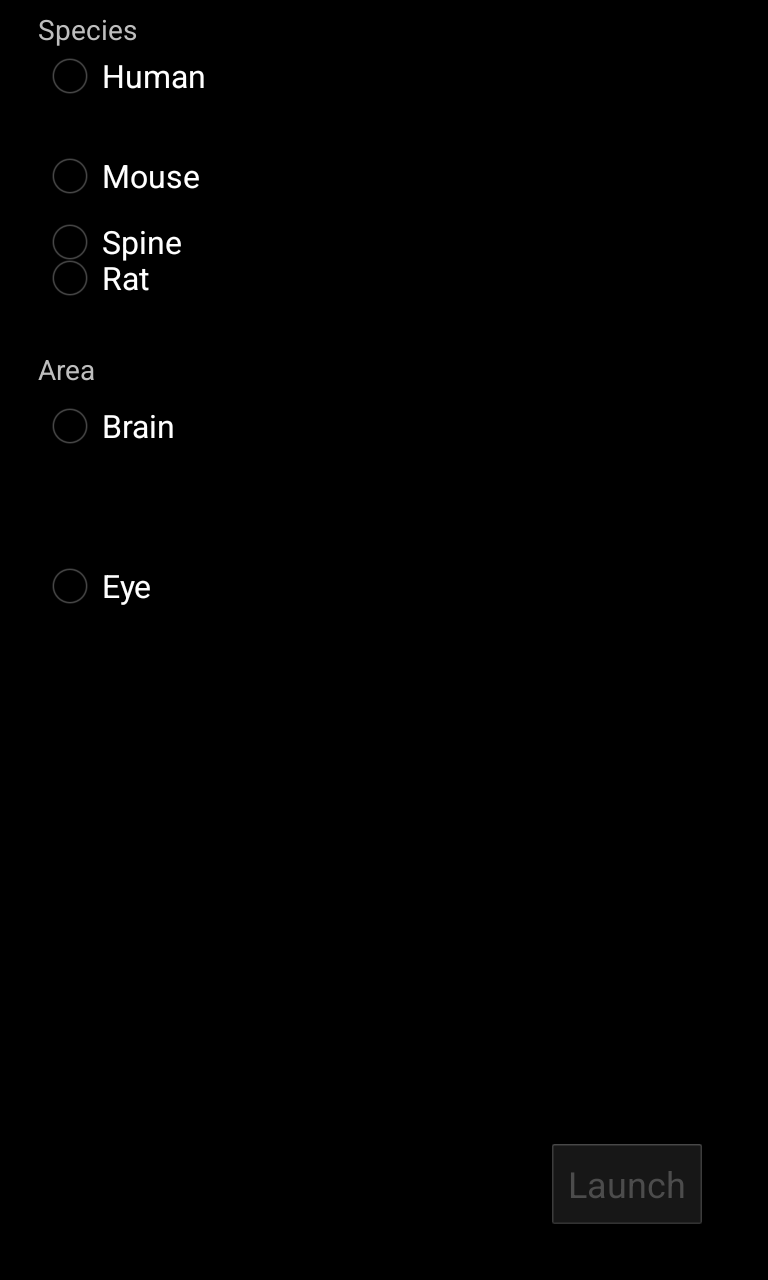
Repository: Ekarg/CSCE315Project3
Layout: Project3/res/layout/activity_main.xml
The author's editor kept a copy of each file at every save. The layout is drawn from the files as they stood at one save, then again after the next save.
It is drawn on a 768 x 1280 px phone screen (xhdpi) without system bars, with theme android:Theme.Holo; the app's code is not run.

Above is the layout before, as saved 2013-11-27 20:01:59.

After the next save:
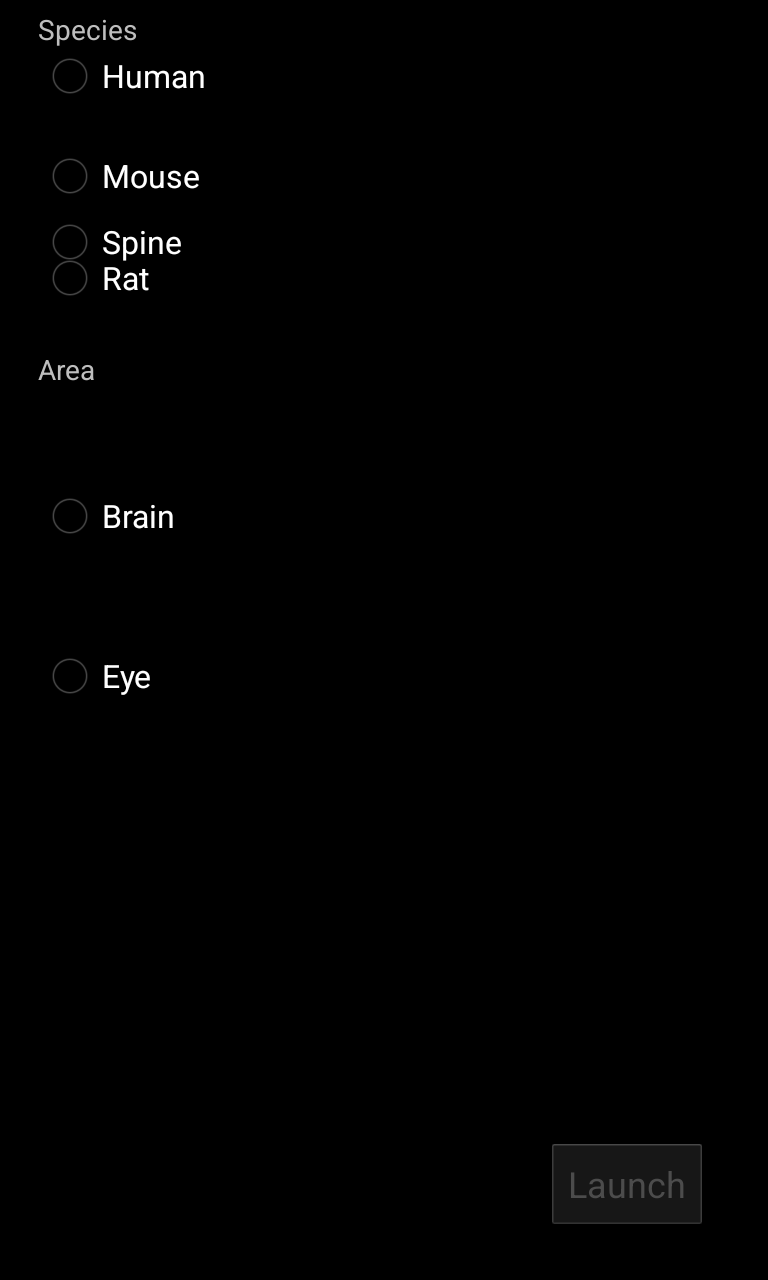
Saved 15 s later.
--- a/Project3/res/layout/activity_main.xml
+++ b/Project3/res/layout/activity_main.xml
@@ -101,7 +101,7 @@
 	        android:layout_width="wrap_content"
 	        android:layout_height="wrap_content"
 	        android:layout_marginLeft="14dp"
-	        android:layout_marginTop="60dp"
+	        android:layout_marginTop="105dp"
 	        android:checked="false"
 	        android:onClick="onRadioButtonClicked"
 	        android:text="@string/brain" />
